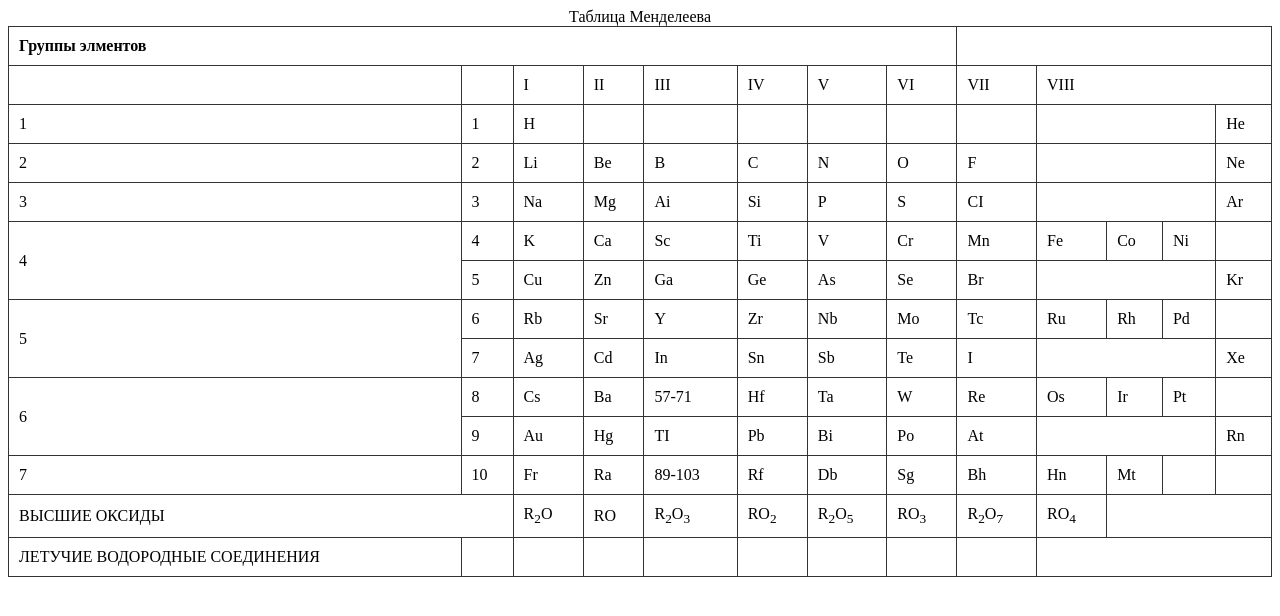
Repository: sannikovcode/exercises-a1
Page: JS/websites/01-periodic table/index.html
These files come from the project's save history. The page is drawn as it stood at one moment and after the next save; the edit follows.
The browser window is 1280 px wide. The pictures show the whole page.

Above is the page before, as saved 2025-10-17 19:17:24.

After the next save:
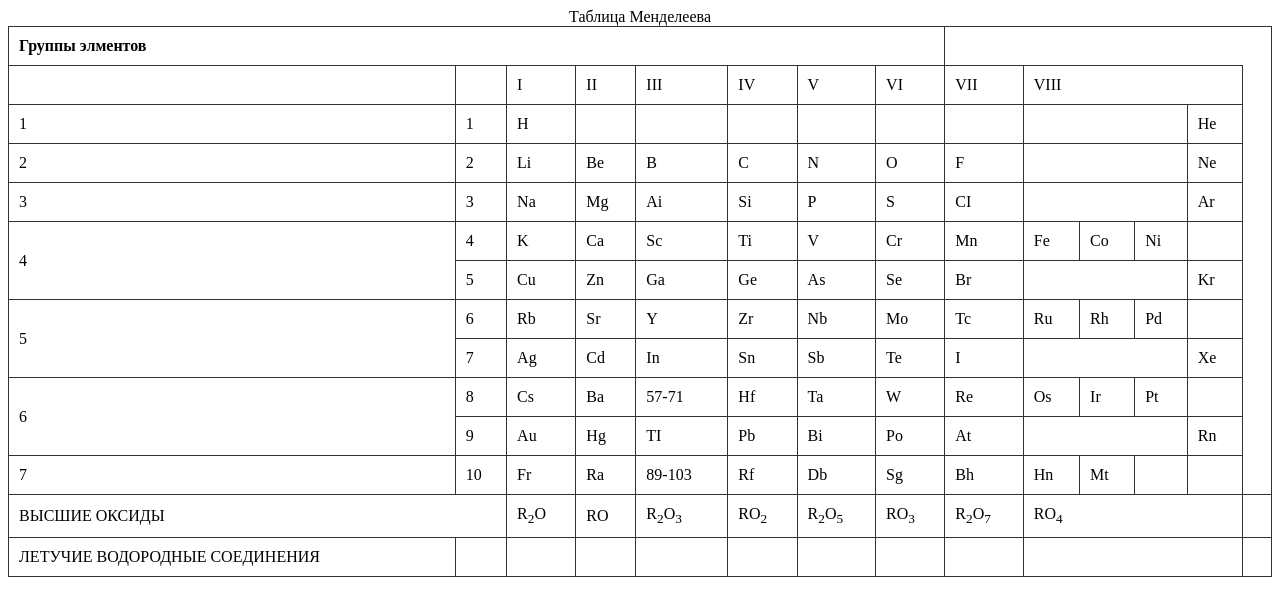
Saved 24 s later.
--- a/JS/websites/01-periodic table/index.html
+++ b/JS/websites/01-periodic table/index.html
@@ -177,8 +177,8 @@
                 <td>R<sub>2</sub>O<sub>5</sub></td>
                 <td>RO<sub>3</sub></td>
                 <td>R<sub>2</sub>O<sub>7</sub></td>
-                <td>RO<sub>4</sub></td>
-                <td colspan="4"></td>
+                <td colspan="4">RO<sub>4</sub></td>
+                <td></td>
 
             </tr>
             <tr>
